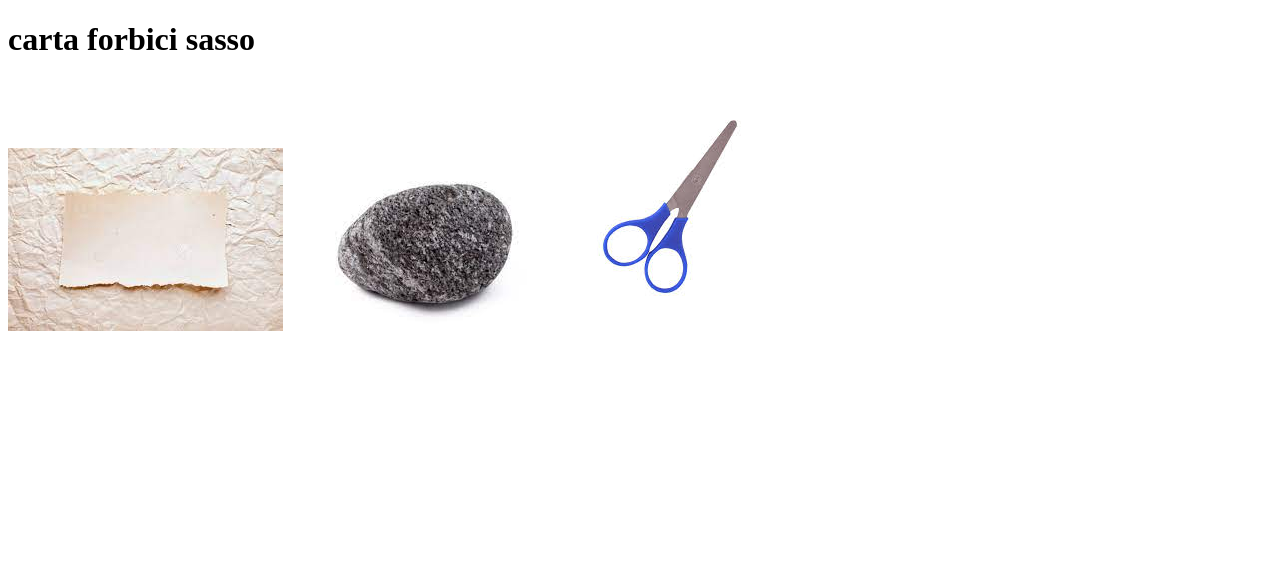
Repository: SamueleLopresti/Eclipse2023mauro
Page: http://localhost/Prj08_CartaForbiciSasso/giocopfc.jsp
The author's editor kept a copy of each file at every save. The page is drawn from the files as they stood at one save, then again after the next save.
The browser window is 1280 px wide. The pictures show the whole page.
The page is served by Tomcat 10.

Above is the page before, as saved 2023-02-09 13:43:23.

After the next save:
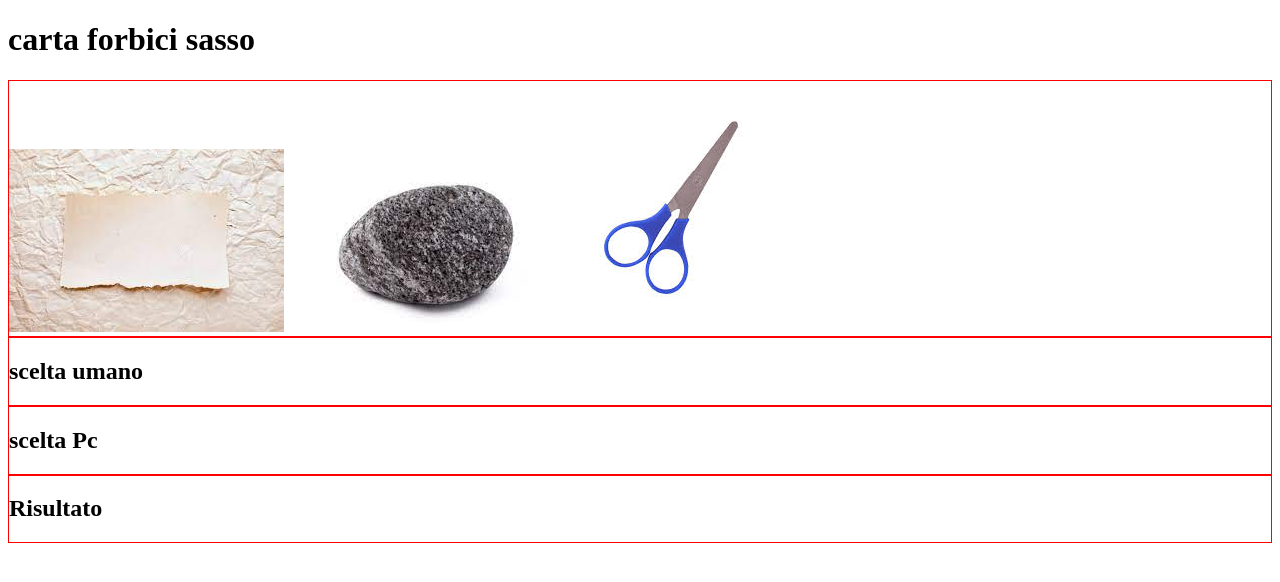
Saved 12 min 18 s later.
--- a/Prj08_CartaForbiciSasso/src/main/webapp/giocopfc.jsp
+++ b/Prj08_CartaForbiciSasso/src/main/webapp/giocopfc.jsp
@@ -9,20 +9,40 @@
 img {
 wdth: 150px;
 }
+div{
+border: 1px solid red;
+}
 </style>
 </head>
 <body>
 <h1>carta forbici sasso</h1>
+
+
 <div>
-
 <a href="#"><img src="data:[embedded picture, 7419 characters]"></a>
 <a href="#"><img src="data:[embedded picture, 8499 characters]"></a>
 <a href="#"><img src="data:[embedded picture, 5599 characters]"></a>
+</div>
 
 
 
+<div>
+<h2>scelta umano</h2>
+</div>
 
 
+
+<div>
+<h2>scelta Pc</h2>
 </div>
+
+
+
+<div>
+<h2>Risultato </h2>
+</div>
+
+
+
 </body>
 </html>
